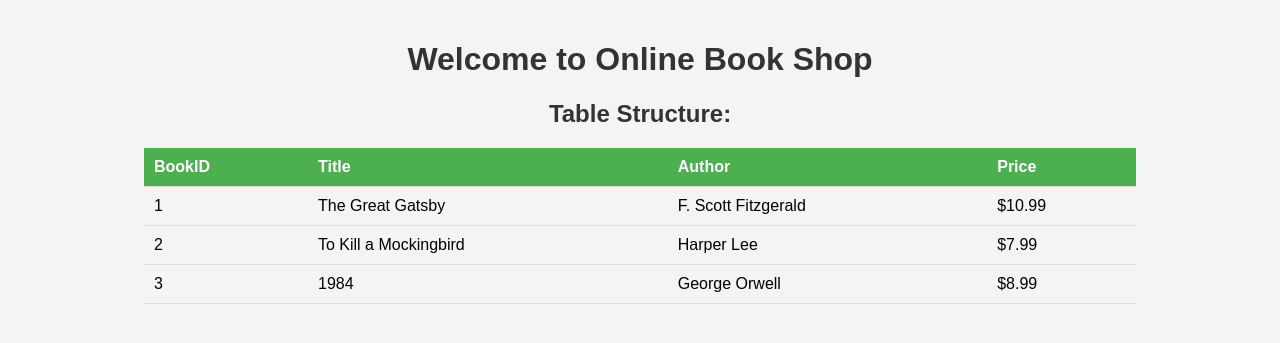
Repository: paridhi3/Java-Training
Page: shop/src/main/resources/static/index.html
An editor plug-in stored every save of this project. The page is shown before and after the next save, followed by the edit.
The browser window is 1280 px wide. The pictures show the whole page.

Above is the page before, as saved 2025-02-26 11:22:36.

After the next save:
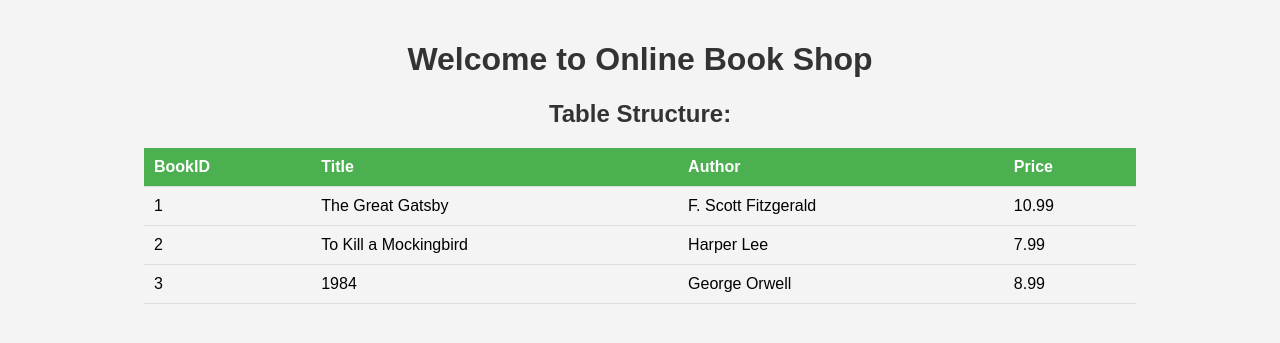
Saved 24 s later.
--- a/shop/src/main/resources/static/index.html
+++ b/shop/src/main/resources/static/index.html
@@ -22,19 +22,19 @@
             <td>1</td>
             <td>The Great Gatsby</td>
             <td>F. Scott Fitzgerald</td>
-            <td>$10.99</td>
+            <td>10.99</td>
         </tr>
         <tr>
             <td>2</td>
             <td>To Kill a Mockingbird</td>
             <td>Harper Lee</td>
-            <td>$7.99</td>
+            <td>7.99</td>
         </tr>
         <tr>
             <td>3</td>
             <td>1984</td>
             <td>George Orwell</td>
-            <td>$8.99</td>
+            <td>8.99</td>
         </tr>
     </table>
 </body>
